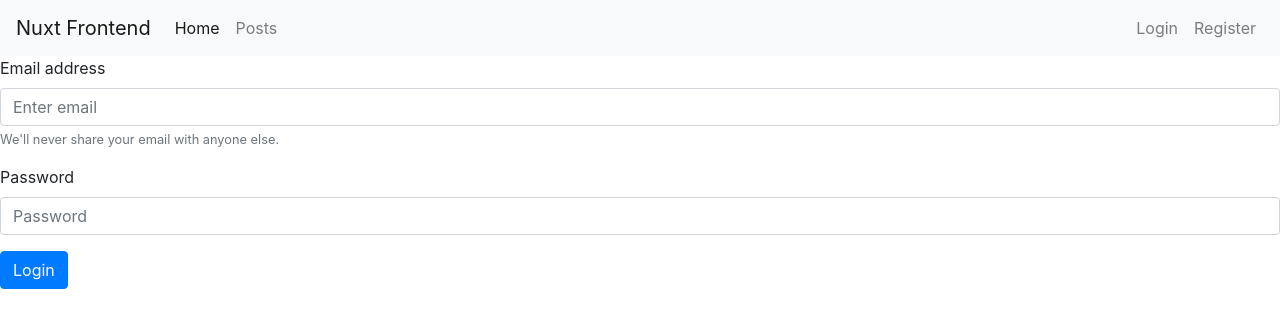
Repository: kazu62/lara-nuxt-front
Page: /login
An editor plug-in stored every save of this project. The page is shown before and after the next save, followed by the edit.
The browser window is 1280 px wide. The pictures show the whole page.
The project was rebuilt for these pictures with package versions that can differ from the ones it lists, and the page was loaded fresh each time. The framework's server and built-in components were replaced by stand-ins that run in the browser. Also part of the build but not shown: nuxt.config.js.

Above is the page before, as saved 2018-11-26 23:16:58.

After the next save:
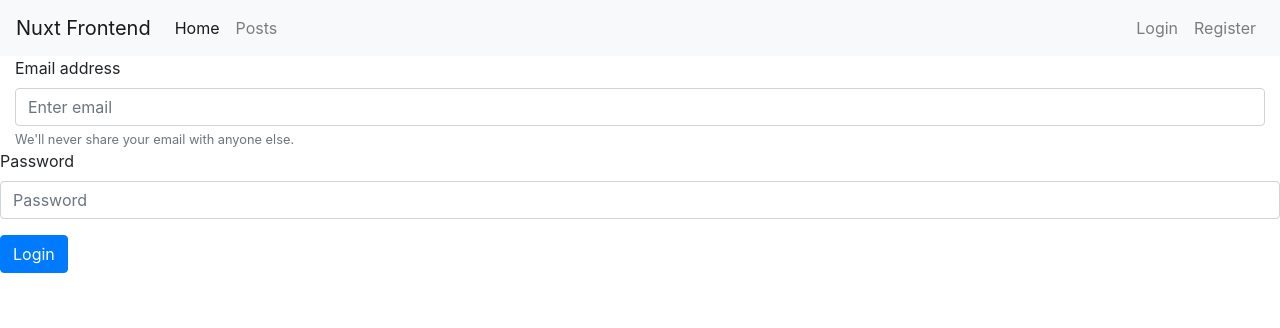
Saved 37 s later.
--- a/pages/login.vue
+++ b/pages/login.vue
@@ -1,6 +1,6 @@
 <template>
   <form>
-    <div class="form-group">
+    <div class="container col-md">
       <label>Email address</label>
       <input type="email" class="form-control" placeholder="Enter email">
       <small class="form-text text-muted">We'll never share your email with anyone else.</small>
